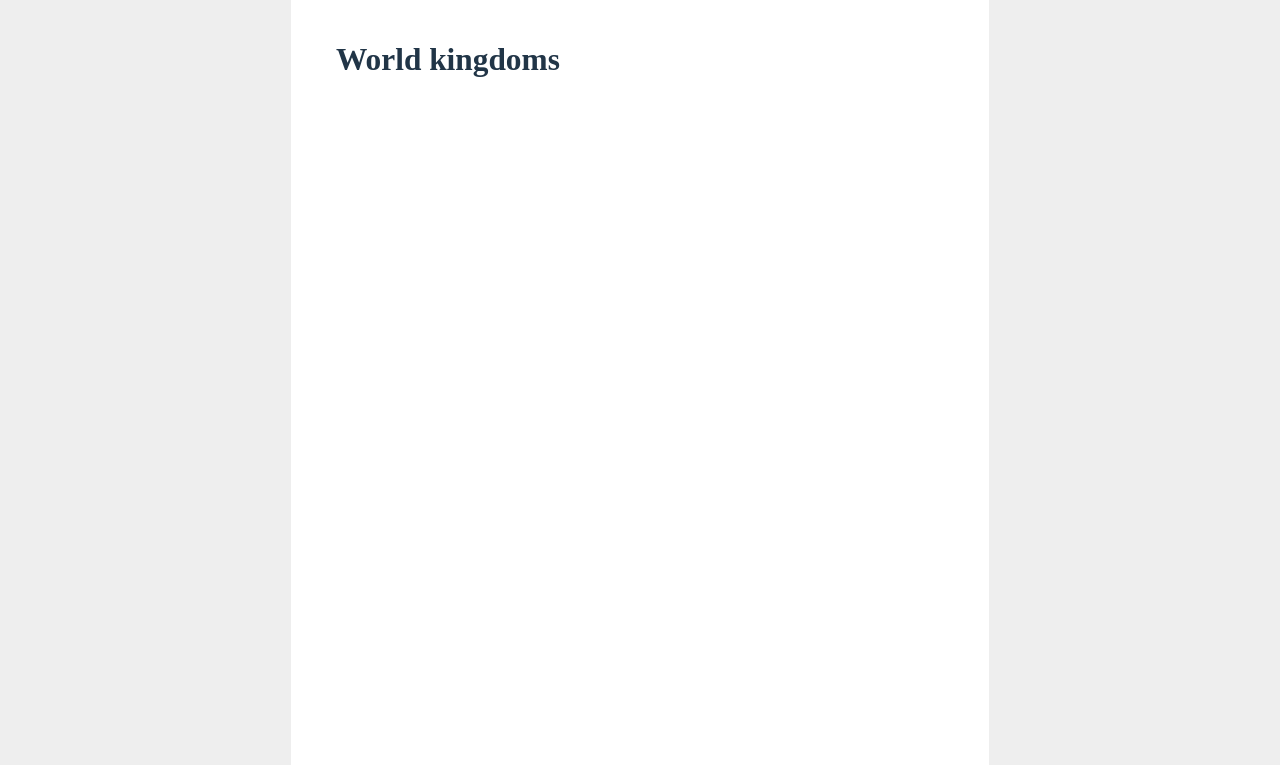
Repository: SamanthaYan298/my_world_kingdoms
Page: /
These files come from the project's save history. The page is drawn as it stood at one moment and after the next save; the edit follows.
The browser window is 1280 px wide. The pictures show the whole page.
The page's requests for data from a server got no answer. The project was rebuilt for these pictures with package versions that can differ from the ones it lists, and the page was loaded fresh each time. No one was signed in, and anything a server would have sent is missing. Also part of the build but not shown: vite.config.js.

Above is the page before, as saved 2024-11-20 18:22:23.

After the next save:
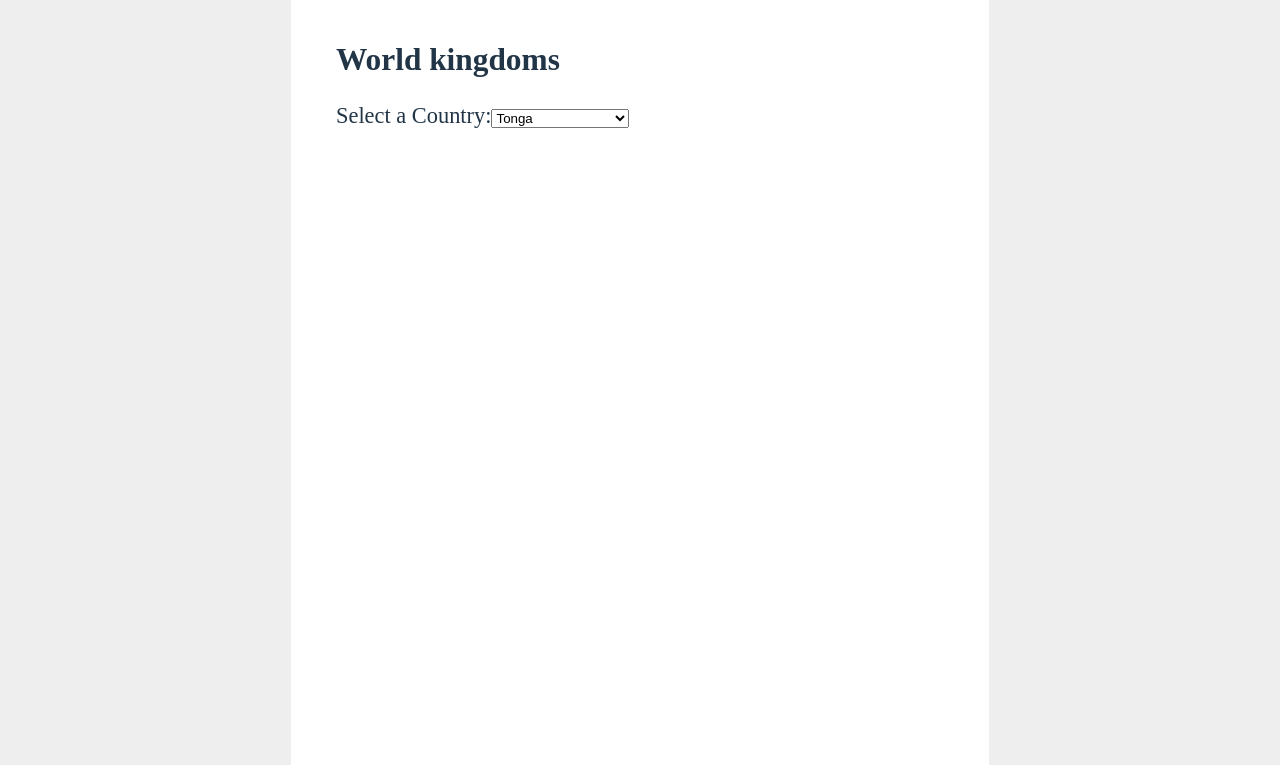
Saved 2 min 17 s later.
--- a/src/App.jsx
+++ b/src/App.jsx
@@ -36,6 +36,14 @@ function App() {
     <>
     <div className='countries'>
       <h1>World kingdoms</h1>
+      <label for="countries">Select a Country:</label>
+      <select id="countries">
+        <option value="TO">Tonga</option>
+        <option value="AU">Australia</option>
+        <option value="NZ">New Zealand</option>
+        <option value="FJ">Fiji</option>
+        <option value="PG">Papua New Guinea</option>
+      </select>
       <Countries countries={filteredCountries} />
     </div>
 
